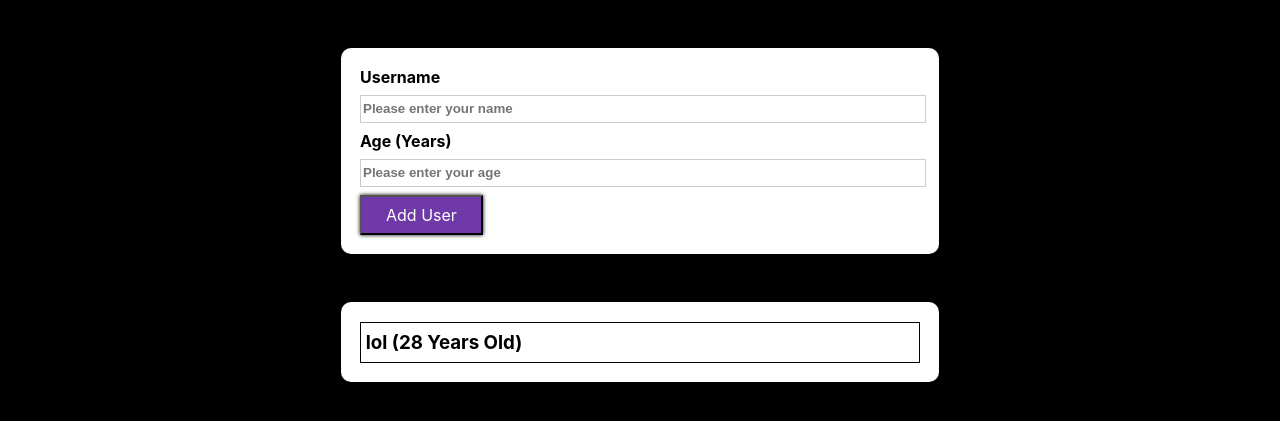
Repository: NamalPathirana/section-eight
Page: /
These files come from the project's save history. The page is drawn as it stood at one moment and after the next save; the edit follows.
The browser window is 1280 px wide. The pictures show the whole page.
The project was rebuilt for these pictures with package versions that can differ from the ones it lists, and the page was loaded fresh each time.

Above is the page before, as saved 2021-11-26 04:08:58.

### src/index.css
body {
  margin: 0;
  padding: 0%;
  height: 100%;
  width: 100%;
  display: flex;
  flex-direction: column;
  background-color: black;
  font-family: -apple-system, BlinkMacSystemFont, 'Segoe UI', 'Roboto', 'Oxygen',
    'Ubuntu', 'Cantarell', 'Fira Sans', 'Droid Sans', 'Helvetica Neue',
    sans-serif;
  -webkit-font-smoothing: antialiased;
  -moz-osx-font-smoothing: grayscale;
}

code {
  font-family: source-code-pro, Menlo, Monaco, Consolas, 'Courier New',
    monospace;
}

### src/App.js
import logo from './logo.svg';
import './App.css';
import UserInput from './Components/UserInput/UserInput';
import UserList from './Components/UserList/UserList';

function App() {
  return (
    <div className="App">
      <section>
      <UserInput></UserInput>
      </section>
      <section>
      <UserList></UserList>
      </section>

    </div>
  );
}

export default App;

### src/App.css
.App {


}

### src/Components/UserInput/UserInput.js
import Button from '../../UI/Button/Button';
import styles from './UserInput.module.css'

const UserInput = () => {
    return (
        <form>
        <div className={styles.frame}>
            <label>Username</label>
            <input placeholder='Please enter your name'/>
            <label>Age (Years)</label>
            <input placeholder='Please enter your age'/>
            <Button name='Add User'></Button>
        </div>
        </form>
    );
};

export default UserInput;

### src/Components/UserList/UserList.js
import styles from './UserList.module.css';
import UserListItem from '../UserListItem/UserListItem'


const UserList = () => {

    return(
        <div className={styles.frame}>
            <UserListItem name={'lol'} age={'28'}/>
        </div>
    );
}

export default UserList;

### src/UI/Button/Button.js
import styles from "./Button.module.css";

const Button = (props) => {
  return <button className={styles.button}>{props.name}</button>;
};

export default Button;

### src/Components/UserInput/UserInput.module.css
.frame{
    margin: 0.5rem 0.5rem;
    padding: 1.2rem 1.2rem;
    width: 35rem;
    max-width: 90%;
    margin: 3rem auto;
    background-color: white;
    border-radius: 10px;

}

.frame input{
    display: block;
    font-weight: bold;
    border: 1px solid #ccc;
    line-height: 1.5rem;
    padding: 100 0.25rm;
    width: 100%;
    margin-bottom: 0.5rem;
}

.frame input:hover{
    border: 1px solid rgb(49, 45, 45);
}

.frame label{
    display: block;
    align-content: flex-start;
    font-weight: bold;
    margin-bottom: 0.5rem;
}

### src/Components/UserList/UserList.module.css
.frame{
    margin: 0.5rem 0.5rem;
    padding: 1.2rem 1.2rem;
    width: 35rem;
    max-width: 90%;
    margin: 3rem auto;
    background-color: white;
    border-radius: 10px;
    display: flex;
    flex-direction: column;
}

### src/Components/UserListItem/UserListItem.js
import styles from './UserListItem.module.css';


const UserListItem = (props) => {
    return(
        <div className={styles.list_item}>
            <h3>{props.name} ({props.age} Years Old)</h3>
        </div>
    );
}

export default UserListItem;

### src/UI/Button/Button.module.css
.button{
    font: inherit;
    padding: 0.5rem 1.5rem;
    background-color: rgb(112, 57, 168);
    color:white;
    box-shadow: 0 0 4px black;
    cursor: pointer;
    width: auto;
}

.button:focus{
    outline: none;
}

.button:hover,.button:active{
    background-color: rgb(185, 140, 231);
    border-color: rgb(185, 140, 231);
    box-shadow: 0 0 8px black;
}

### src/Components/UserListItem/UserListItem.module.css
.list_item{
    border: 1px solid black;
    display: block;
    padding: 0.5rem 0.3rem;
}

.list_item h3{
    margin: 0px;
}

Loaded but not shown: public/index.html (common file); src/index.js (common file); src/reportWebVitals.js (common file)

After the next save:
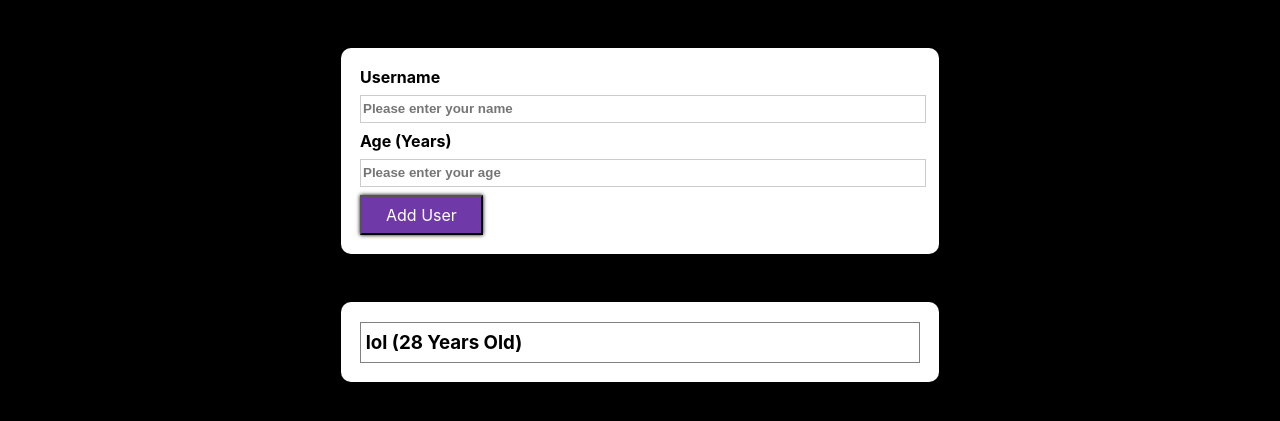
Saved 29 s later.
--- a/src/Components/UserListItem/UserListItem.module.css
+++ b/src/Components/UserListItem/UserListItem.module.css
@@ -1,7 +1,8 @@
 .list_item{
-    border: 1px solid black;
+    border: 1px solid gray;
     display: block;
     padding: 0.5rem 0.3rem;
+
 }
 
 .list_item h3{
